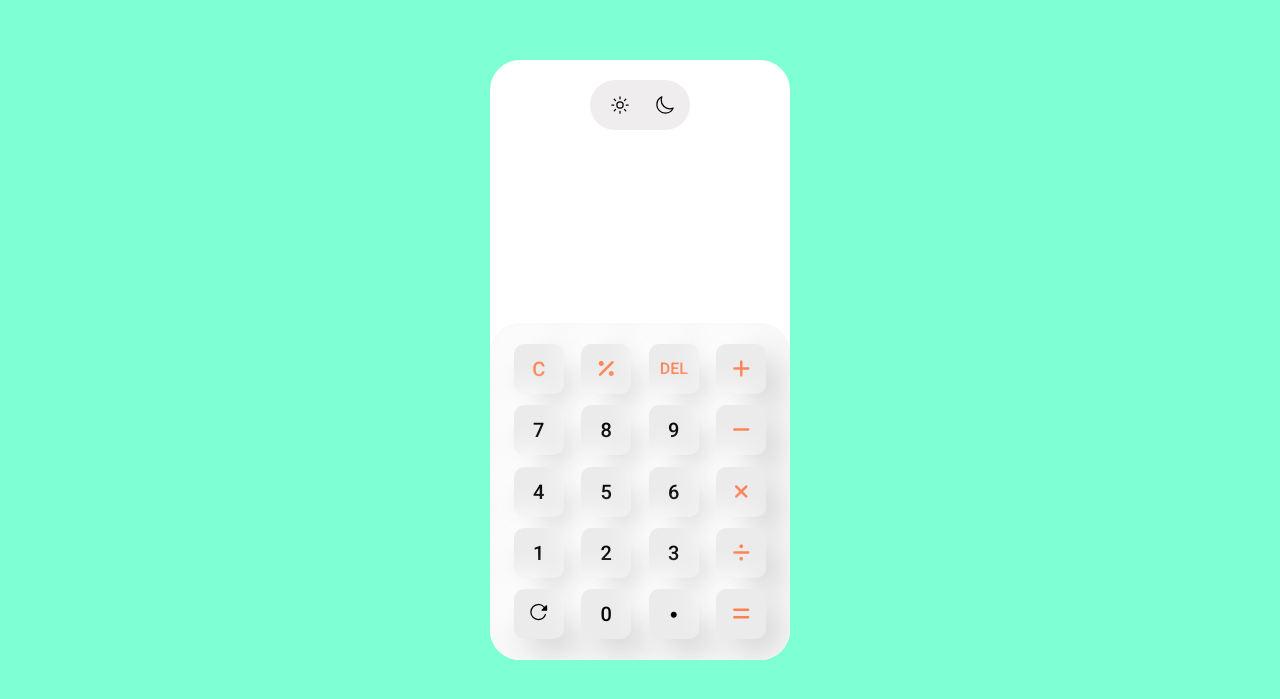
Repository: dinhtri123/caculator-app
Page: index.html
An editor plug-in stored every save of this project. The page is shown before and after a run of saves, followed by the edit.
The browser window is 1280 px wide. The pictures show the whole page.
After loading, the first visible `div.button-mode` was clicked once.

Above is the page before, as saved 2023-01-03 21:21:09.

### index.html
<!DOCTYPE html>
<html lang="en" data-theme="light">
  <head>
    <meta charset="UTF-8" />
    <meta http-equiv="X-UA-Compatible" content="IE=edge" />
    <meta name="viewport" content="width=device-width, initial-scale=1.0" />
    <title>Caculator App</title>
    <script
      type="module"
      src="https://unpkg.com/ionicons@5.5.2/dist/ionicons/ionicons.esm.js"
    ></script>
    <script
      nomodule
      src="https://unpkg.com/ionicons@5.5.2/dist/ionicons/ionicons.js"
    ></script>
    <link
      rel="stylesheet"
      href="https://cdnjs.cloudflare.com/ajax/libs/font-awesome/6.2.1/css/all.min.css"
      integrity="sha512-MV7K8+y+gLIBoVD59lQIYicR65iaqukzvf/nwasF0nqhPay5w/9lJmVM2hMDcnK1OnMGCdVK+iQrJ7lzPJQd1w=="
      crossorigin="anonymous"
      referrerpolicy="no-referrer"
    />
    <link rel="stylesheet" href="style.css" />
  </head>
  <body>
    <div class="wrapper">
      <div class="mode">
        <div class="button-mode light active-mode">
          <ion-icon name="sunny-outline" class="icon-mode"></ion-icon>
        </div>
        <div class="button-mode dark">
          <ion-icon name="moon-outline" class="icon-mode"></ion-icon>
        </div>
      </div>
      <div class="main">
        <div class="display">
          <div class="show"></div>
          <div class="result"></div>
        </div>
        <div class="caculator">
          <div>
            <button class="btn clear operator">C</button>
          </div>
          <div>
            <button value="%" class="btn operator">
              <i class="fa-solid fa-percent"></i>
            </button>
          </div>
          <div>
            <button class="btn delete operator">DEL</button>
          </div>
          <div>
            <button value="+" class="btn">
              <i class="fa-solid fa-plus operator"></i>
            </button>
          </div>
          <div>
            <button value="7" class="btn">7</button>
          </div>
          <div>
            <button value="8" class="btn">8</button>
          </div>
          <div>
            <button value="9" class="btn">9</button>
          </div>
          <div>
            <button value="-" class="btn operator">
              <i class="fa-solid fa-minus"></i>
            </button>
          </div>
          <div>
            <button value="4" class="btn">4</button>
          </div>
          <div>
            <button value="5" class="btn">5</button>
          </div>
          <div>
            <button value="6" class="btn">6</button>
          </div>
          <div>
            <button value="*" class="btn operator">
              <i class="fa-solid fa-xmark"></i>
            </button>
          </div>
          <div>
            <button value="1" class="btn">1</button>
          </div>
          <div>
            <button value="2" class="btn">2</button>
          </div>
          <div>
            <button value="3" class="btn">3</button>
          </div>
          <div>
            <button value="/" class="btn operator">
              <i class="fa-solid fa-divide"></i>
            </button>
          </div>
          <div>
            <button class="undo">
              <ion-icon name="reload-outline"></ion-icon>
            </button>
          </div>
          <div>
            <button value="0" class="btn">0</button>
          </div>
          <div>
            <button class="btn dot" value=".">
              <i class="fa-solid fa-circle"></i>
            </button>
          </div>
          <div>
            <button class="btn equal operator">
              <i class="fa-solid fa-equals"></i>
            </button>
          </div>
        </div>
      </div>
    </div>
  </body>
  <script src="index.js"></script>
</html>

### style.css
@import url("https://fonts.googleapis.com/css2?family=Roboto:wght@100;300;400;500;700&display=swap");
* {
  margin: 0;
  padding: 0;
  box-sizing: border-box;
  font-family: "Roboto", sans-serif;
}
body {
  width: 100%;
  min-height: 100vh;
  height: 100%;
  background-color: aquamarine;
  font-size: 16px;
  line-height: 1.5;
  font-weight: 400;
  display: flex;
  justify-content: center;
  align-items: center;
}
.wrapper {
  max-width: 300px;
  width: 100%;
  height: 600px;
  background: white;
  border-radius: 30px;
  position: relative;
  overflow: hidden;
}
.mode {
  position: absolute;
  top: 20px;
  left: 50%;
  transform: translateX(-50%);
  width: 100px;
  height: 50px;
  background-color: rgb(239, 237, 237);
  border-radius: 30px;
  padding: 0px 10px;
  display: flex;
  justify-content: space-around;
  align-items: center;
  gap: 5px;
}
.light,
.dark {
  display: flex;
  justify-content: center;
  align-items: center;
  padding: 10px;
  border-radius: 50%;
}
.active-mode {
  background-color: rgba(127, 255, 212, 0.388);
}
.icon-mode {
  font-size: 20px;
  cursor: pointer;
}
.main {
  width: 100%;
  height: 100%;
  display: flex;
  flex-direction: column;
  gap: 40px;
}
.display {
  width: 100%;
  height: 40%;
  display: flex;
  flex-direction: column;
  justify-content: end;
  align-items: flex-end;
  padding: 0px 40px;
}
.show {
  font-size: 20px;
  font-weight: 600;
}
.result {
  font-size: 40px;
  font-weight: 700;
}
.caculator {
  width: 100%;
  height: 60%;
  padding: 15px;
  border-top-left-radius: 30px;
  border-top-right-radius: 30px;
  background-color: rgb(248, 248, 248);
  display: grid;
  grid-template-columns: repeat(4, 1fr);
  justify-content: center;
  align-items: center;
}
.caculator > div {
  display: flex;
  justify-content: center;
  align-items: center;
}
button {
  width: 50px;
  height: 50px;
  border-radius: 10px;
  outline: none;
  border: none;
  background: #ebebeb;
  box-shadow: 15px 15px 30px #d8d8d8, -15px -15px 30px #fefefe;
  font-size: 20px;
  cursor: pointer;
  font-weight: 500;
}
.dot {
  font-size: 6px;
}
.delete {
  font-size: 16px;
}
.operator {
  color: coral;
}

### index.js
// mode
const btnMode = document.querySelectorAll(".button-mode");
for (let i = 0; i < btnMode.length; i++) {
  btnMode[i].addEventListener("click", function () {
    for (let j = 0; j < btnMode.length; j++) {
      btnMode[j].className = btnMode[j].className.replace(" active-mode", "");
    }
    let elm = document.body;
    if(btnMode[0].className !== ' active-mode'){
        elm.classList.add('mode-light');
    }else if(btnMode[1].className !=='')
    this.className += " active-mode";
  });
}
// caculator
const btn = document.querySelectorAll(".btn");
const result = document.querySelector(".result");
const show = document.querySelector(".show");
const equal = document.querySelector(".equal");
const resetField = document.querySelector(".clear");
const clearOneNumber = document.querySelector(".delete");
const undo = document.querySelector(".undo");


for (let i = 0; i < btn.length; i++) {
  btn[i].addEventListener("click", function () {
    show.textContent += this.value;
  });
}

equal.addEventListener("click", function () {
  const res = show.textContent;
  const output = eval(res);
  result.textContent = output;
  localStorage.setItem("undo", (show.textContent += this.value));
});

clearOneNumber.addEventListener("click", function () {
  let res = show.textContent;
  show.textContent = res.slice(0, -1);
});

resetField.addEventListener("click", function () {
  show.textContent = "";
  result.textContent = "";
});

undo.addEventListener("click", function () {
  let values = localStorage.getItem("undo");
  show.textContent = values;
});

After the next 2 saves:
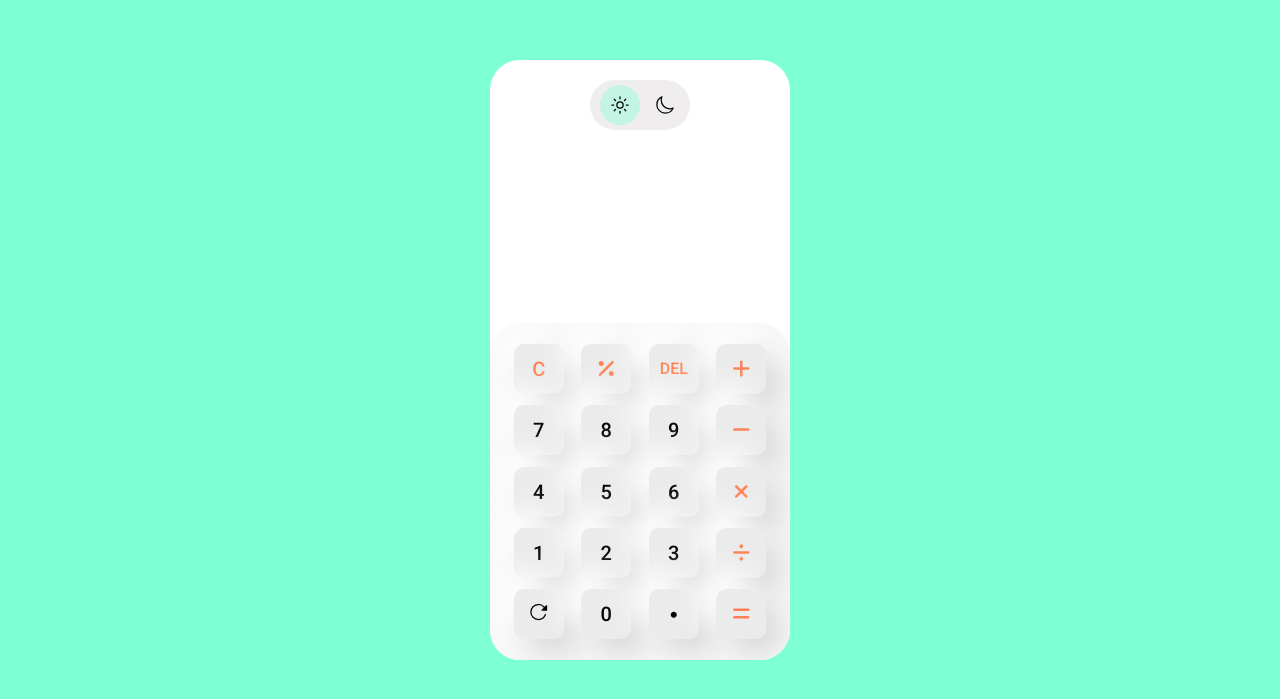
The 2 saves are shown as one change because they came seconds apart.
The last was saved 9 s later.
--- a/index.js
+++ b/index.js
@@ -8,7 +8,9 @@ for (let i = 0; i < btnMode.length; i++) {
     let elm = document.body;
     if(btnMode[0].className !== ' active-mode'){
         elm.classList.add('mode-light');
-    }else if(btnMode[1].className !=='')
+    }else if(btnMode[1].className !== ' active-mode'){
+
+    }
     this.className += " active-mode";
   });
 }
